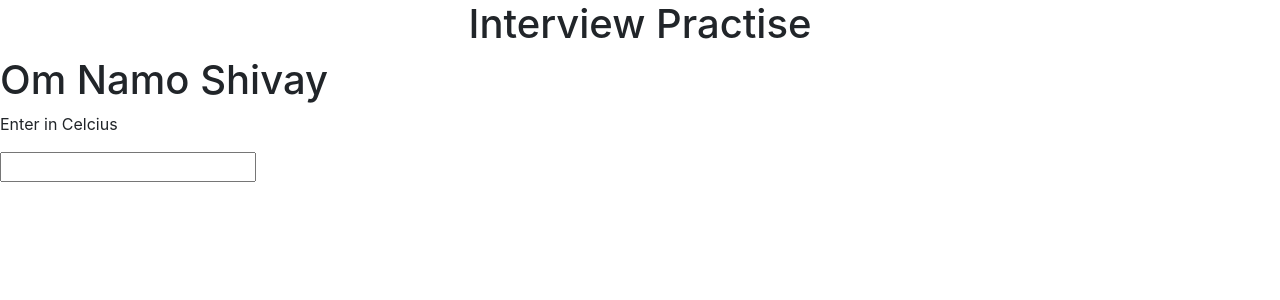
Repository: punitbathija/Machine-Round-React
Page: /
These files come from the project's save history. The page is drawn as it stood at one moment and after the next save; the edit follows.
The browser window is 1280 px wide. The pictures show the whole page.
The project was rebuilt for these pictures with package versions that can differ from the ones it lists, and the page was loaded fresh each time. Also part of the build but not shown: src/components/counter.jsx, src/components/ProgressBar.js, src/components/CurrencyCoverter.js.

Above is the page before, as saved 2023-06-01 14:08:30.

After the next save:
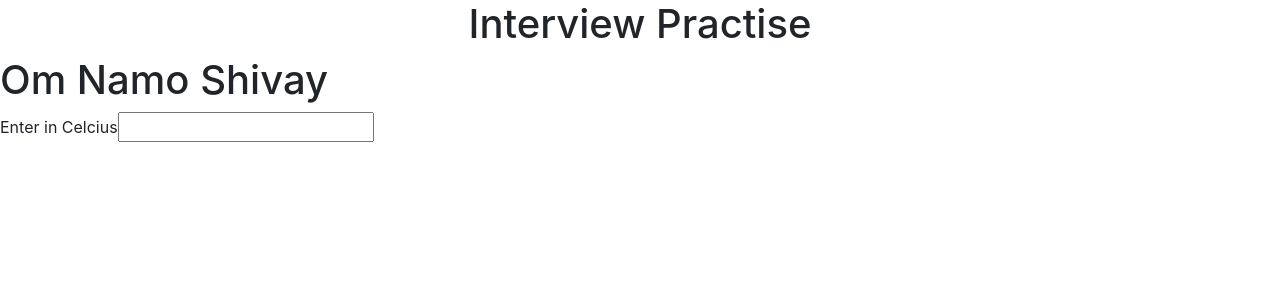
Saved 12 s later.
--- a/src/components/TempratureConveter.js
+++ b/src/components/TempratureConveter.js
@@ -6,7 +6,7 @@ const TempratureConveter = () => {
   return (
     <div>
       <h1>Om Namo Shivay</h1>
-      <p>Enter in Celcius</p>
+      <span>Enter in Celcius</span>
       <input onChange={(e) => e.target.value} value={inCelcius} />
     </div>
   );
